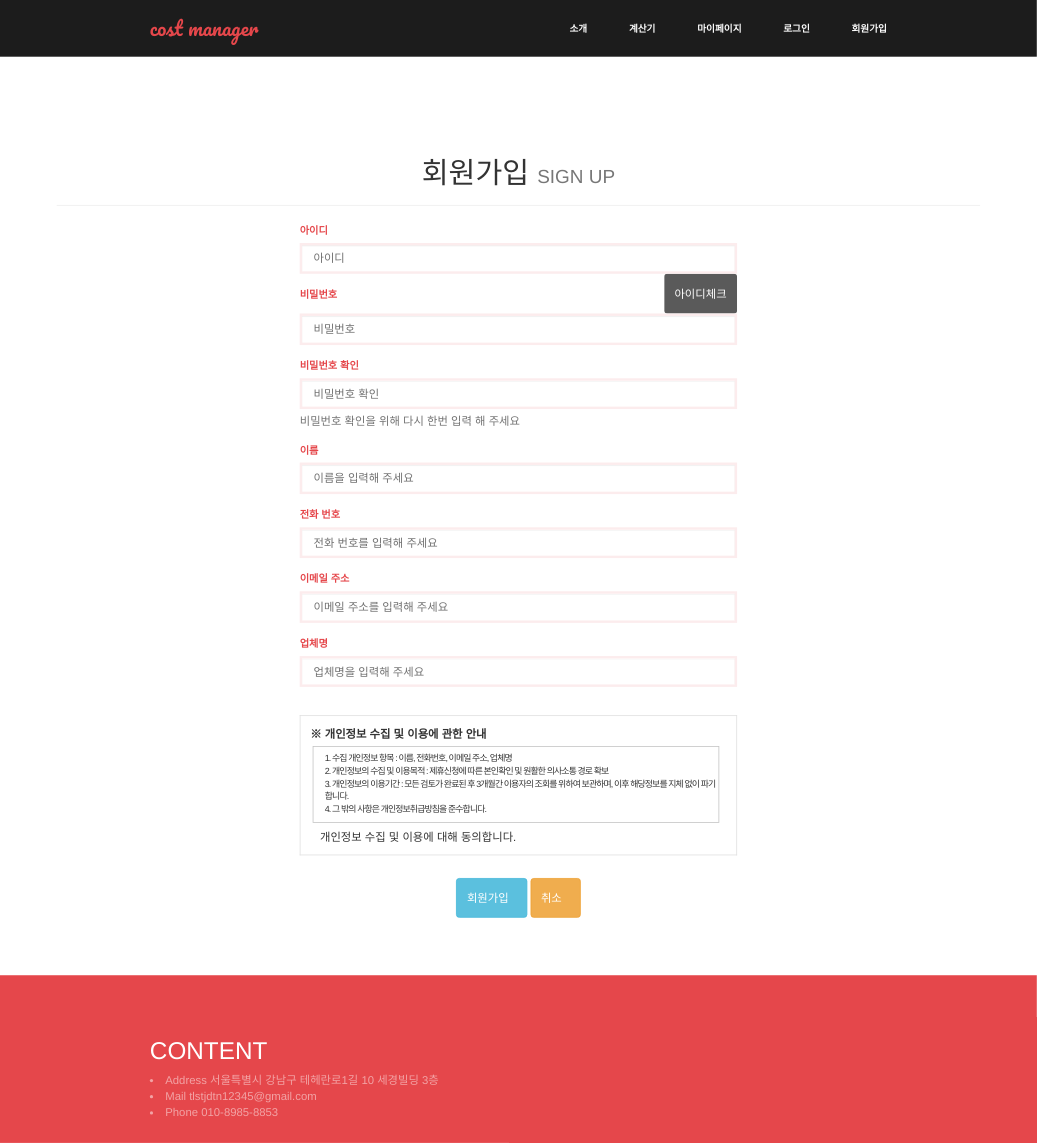
Repository: sseongsu/web1
Page: http://localhost/Project/WEB-INF/views/join.jsp
These files come from the project's save history. The page is drawn as it stood at one moment and after a run of saves; the edit follows.
The browser window is 1280 px wide. The pictures show the whole page, at 81% of full size.
Some icons come from a web library that is not loaded, so they are not drawn. Some web fonts or font styles are not loaded; a fallback is used. Some web libraries are served in a nearby version. The page is served by Tomcat 9. Nobody is signed in. Other server files are loaded and not shown. The template is opened directly, without the code that normally fills it, so the values that code supplies are empty.

Above is the page before, as saved 2021-03-12 05:57:42.

### Project/src/main/webapp/WEB-INF/views/join.jsp
<%@ page language="java" contentType="text/html; charset=UTF-8"
	pageEncoding="UTF-8"%>
<!DOCTYPE html>
<html>
<head>
<title>index</title>
<meta charset="utf-8" />
<meta name="viewport"
	content="width=device-width, initial-scale=1, user-scalable=no" />
<link rel="stylesheet" href="assets/css/main.css" />
</head>
<body>

	<!-- Header -->
	<header id="header">
		<div class="inner">
			<a href="index.jsp" class="logo">cost manager</a>
			<nav id="nav">
				<a href="index.html">소개</a> <a href="generic.html">계산기</a> <a
					href="generic.html">마이페이지</a> <a href="./login.spring">로그인</a> <a
					href="elements.html">회원가입</a>
			</nav>
		</div>
	</header>
	<a href="#menu" class="navPanelToggle"><span class="fa fa-bars"></span></a>

	<!-- One -->
	<section id="one">
		<jsp:include page="/WEB-INF/views/innerjoin.jsp" flush="false"/>
	</section>


	<!-- Footer -->
			<section id="footer">
				<div class="inner">
					<header>
						<h2>Content</h2>
					</header>

						<li class="first"><span class="address">Address</span> <span class="address-01">서울특별시 강남구 테헤란로1길 10 세경빌딩 3층</span> </li>
						<li> <span class="mail">Mail</span> <span class="mail-01">tlstjdtn12345@gmail.com</span> </li>
						<li> <span class="phone">Phone</span> <span class="phone-01">010-8985-8853</span> </li>

				</div>
			</section>

	<script src="assets/js/jquery.min.js"></script>
	<script src="assets/js/skel.min.js"></script>
	<script src="assets/js/util.js"></script>
	<script src="assets/js/main.js"></script>

</body>
</html>

### Project/src/main/webapp/WEB-INF/views/innerjoin.jsp
<%@ page language="java" contentType="text/html; charset=UTF-8"
    pageEncoding="UTF-8"%>

<!DOCTYPE html>
<html>
<head>
<meta charset="UTF-8">
<meta name="viewport" content="width=device-width, initial-scale=1">
<title>Insert title here</title>
<!-- Bootstrap -->
<link href="css/bootstrap.min.css" rel="stylesheet">
<!-- font awesome -->
<link rel="stylesheet" href="css/font-awesome.min.css" media="screen" title="no title" charset="utf-8">
<!-- Custom style -->
<link rel="stylesheet" href="css/style.css" media="screen" title="no title" charset="utf-8">
</head>
<body>
      <article class="container" >
        <div class="page-header text-center" >
          <h1>회원가입 <small>Sign up</small></h1>
        </div>
        <div class="col-md-6 col-md-offset-3">
            <div class="form-group">
              <label for="InputId">아이디</label>
              <input type="text" class="form-control" id="Id" placeholder="아이디">
				<button class="btn btn pull-right " type="button">아이디체크</button>            </div>

            <div class="form-group">
              <label for="InputPassword1">비밀번호</label>
              <input type="password" class="form-control" id="Password" placeholder="비밀번호">
            </div>

            <div class="form-group">
              <label for="InputPassword2">비밀번호 확인</label>
              <input type="password" class="form-control" id="Password2" placeholder="비밀번호 확인">
              <p class="help-block">비밀번호 확인을 위해 다시 한번 입력 해 주세요</p>
            </div>
            <div class="form-group">
              <label for="username">이름</label>
              <input type="text" class="form-control" id="Name" placeholder="이름을 입력해 주세요">
            </div>

			<div class="form-group">
              <label for="InputNumber">전화 번호</label>
              <input type="text" class="form-control" id="PhoneNum" placeholder="전화 번호를 입력해 주세요">
            </div>

            <div class="form-group">
              <label for="InputEmail">이메일 주소</label>
              <input type="email" class="form-control" id="Email" placeholder="이메일 주소를 입력해 주세요">
            </div>

            <div class="form-group">
              <label for="InputCompany">업체명</label>
              <input type="text" class="form-control" id="Company" placeholder="업체명을 입력해 주세요">
            </div>
            <div class="form-group">
            <table>
				<tr>
					<br />
					<td style="text-align:left;border:1px solid #e0e0e0;background-color:f9f9f9;padding:5px">
						<div style="padding-top:7px;padding-bottom:5px;font-weight:bold;padding-left:7px;">※ 개인정보 수집 및 이용에 관한 안내</div>
						<div style="padding-left:10px;">
							<div style="width:97%;height:95px;font-size:11px;letter-spacing: -0.1em;border:1px solid #c5c5c5;background-color:#fff;padding-left:14px;padding-top:7px;">
								1. 수집 개인정보 항목 : 이름, 전화번호, 이메일 주소, 업체명 <br />
								2. 개인정보의 수집 및 이용목적 : 제휴신청에 따른 본인확인 및 원활한 의사소통 경로 확보 <br />
								3. 개인정보의 이용기간 : 모든 검토가 완료된 후 3개월간 이용자의 조회를 위하여 보관하며, 이후 해당정보를 지체 없이 파기합니다. <br />
								4. 그 밖의 사항은 개인정보취급방침을 준수합니다.
							</div>
						</div>
						<div style="padding-top:7px;padding-left:5px;padding-bottom:7px;">
							<input type="checkbox" name="info" value="1" class="input_radio"> 개인정보 수집 및 이용에 대해 동의합니다.
						</div>
					</td>
				</tr>
				</table>
			</div>
            <div class="form-group text-center">
              <button type="submit" class="btn btn-info" onclick="location.href='/WEB-INF/views/join_ok.jsp'">회원가입<i class="fa fa-check spaceLeft"></i></button>
              <button type="submit" class="btn btn-warning">취소<i class="fa fa-times spaceLeft"></i></button>
            </div>
        </div>

      </article>

    <!-- jQuery (necessary for Bootstrap's JavaScript plugins) -->
    <script src="https://ajax.googleapis.com/ajax/libs/jquery/1.11.3/jquery.min.js"></script>
    <!-- Include all compiled plugins (below), or include individual files as needed -->
    <script src="js/bootstrap.min.js"></script>
</body>
</html>

Loaded but not shown: Project/src/main/webapp/css/bootstrap.min.css (library); Project/src/main/webapp/css/style.css (common file); Project/src/main/webapp/js/bootstrap.min.js (library); Project/src/main/webapp/assets/js/jquery.min.js (library); Project/src/main/webapp/assets/js/skel.min.js (library); Project/src/main/webapp/assets/js/util.js (587 lines, source omitted); Project/src/main/webapp/assets/js/main.js (72 lines, source omitted); Project/src/main/webapp/assets/css/main.css (3958 lines, source omitted)

After the next 2 saves:
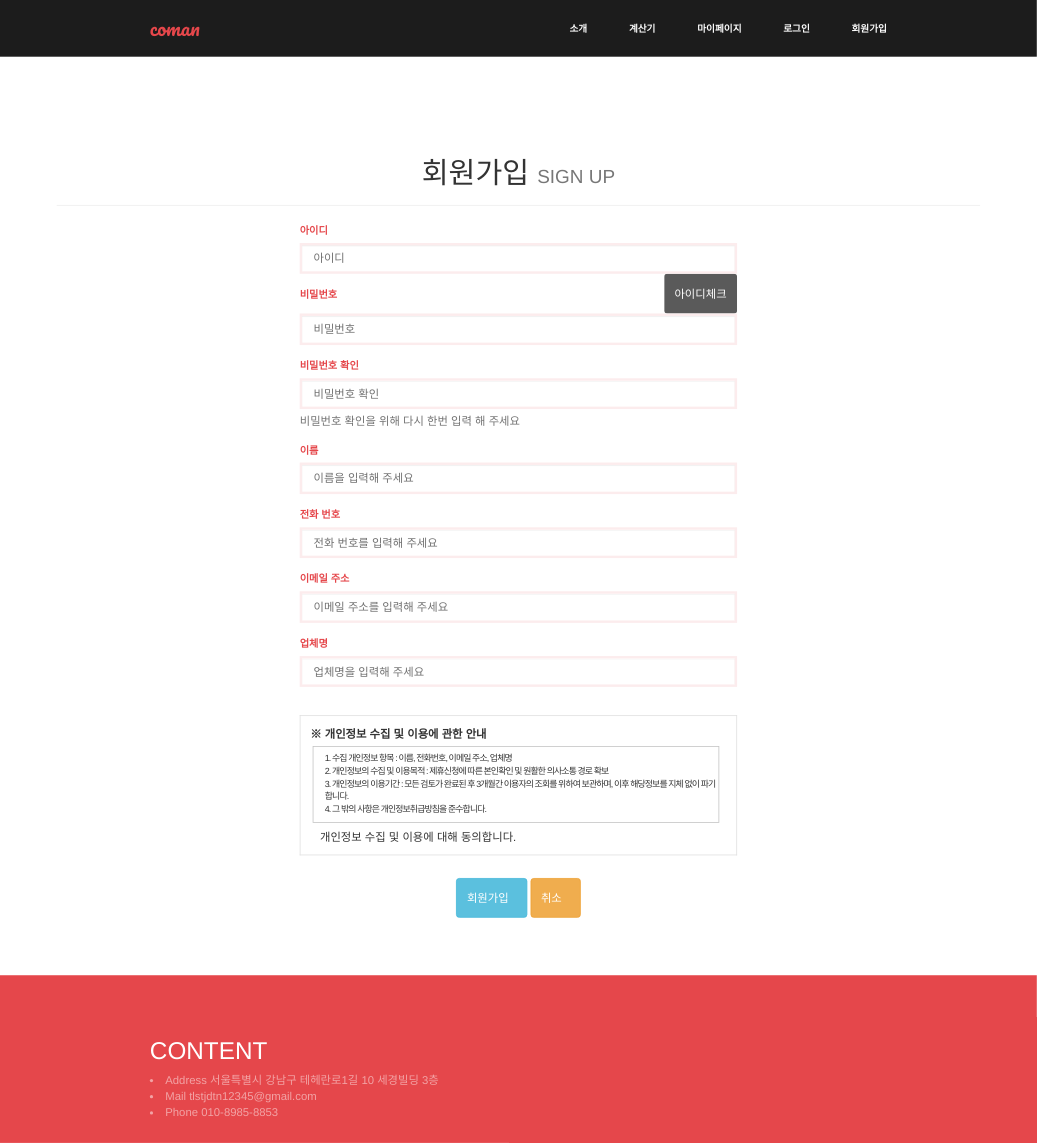
The 2 saves are shown as one change because they came seconds apart.
The last was saved 10 s later.
--- a/Project/src/main/webapp/WEB-INF/views/join.jsp
+++ b/Project/src/main/webapp/WEB-INF/views/join.jsp
@@ -11,18 +11,20 @@
 </head>
 <body>
 
-	<!-- Header -->
-	<header id="header">
-		<div class="inner">
-			<a href="index.jsp" class="logo">cost manager</a>
-			<nav id="nav">
-				<a href="index.html">소개</a> <a href="generic.html">계산기</a> <a
-					href="generic.html">마이페이지</a> <a href="./login.spring">로그인</a> <a
-					href="elements.html">회원가입</a>
-			</nav>
-		</div>
-	</header>
-	<a href="#menu" class="navPanelToggle"><span class="fa fa-bars"></span></a>
+		<!-- Header -->
+			<header id="header">
+				<div class="inner">
+					<a href="index.jsp" class="logo">coman</a>
+					<nav id="nav">
+						<a href="./info.spring">소개</a>
+						<a href="./cal.spring">계산기</a>
+						<a href="generic.html">마이페이지</a>
+						<a href="./login.spring">로그인</a>
+						<a href="./join.spring">회원가입</a>
+					</nav>
+				</div>
+			</header>
+			<a href="#menu" class="navPanelToggle"><span class="fa fa-bars"></span></a>
 
 	<!-- One -->
 	<section id="one">
